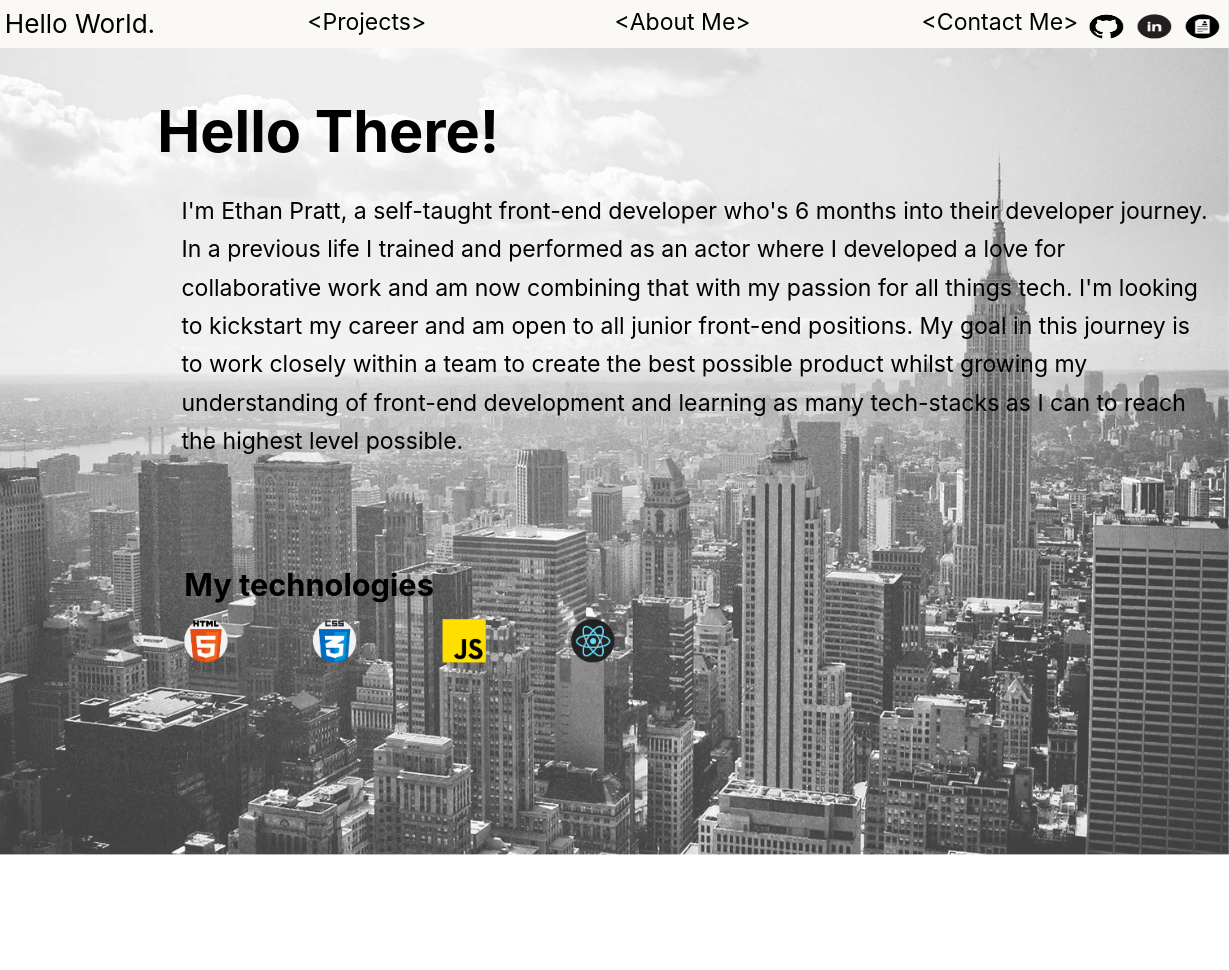
Repository: ghend99/website_ethan_pratt
Page: /about
The author's editor kept a copy of each file at every save. The page is drawn from the files as they stood at one save, then again after the next save.
The browser window is 1280 px wide. The pictures show the whole page, at 96% of full size.
The project was rebuilt for these pictures with package versions that can differ from the ones it lists, and the page was loaded fresh each time. Also part of the build but not shown: src/pages/home.js, src/pages/project.js, src/css/contact.css, src/pages/contact.js.

Above is the page before, as saved 2023-05-25 17:03:44.

### public/index.html
<!DOCTYPE html>
<html lang="en">
  <head>
    <meta charset="utf-8" />
    <link rel="icon" href="%PUBLIC_URL%/favicon.ico" />
    <meta name="viewport" content="width=device-width, initial-scale=1" />
    <meta name="theme-color" content="#000000" />
    <meta
      name="description"
      content="Web site created using create-react-app"
    />
    <link rel="apple-touch-icon" href="%PUBLIC_URL%/logo192.png" />
    <!--
      manifest.json provides metadata used when your web app is installed on a
      user's mobile device or desktop. See https://developers.google.com/web/fundamentals/web-app-manifest/
    -->
    <link rel="manifest" href="%PUBLIC_URL%/manifest.json" />
    <!--
      Notice the use of %PUBLIC_URL% in the tags above.
      It will be replaced with the URL of the `public` folder during the build.
      Only files inside the `public` folder can be referenced from the HTML.

      Unlike "/favicon.ico" or "favicon.ico", "%PUBLIC_URL%/favicon.ico" will
      work correctly both with client-side routing and a non-root public URL.
      Learn how to configure a non-root public URL by running `npm run build`.
    -->
    <title>Ethan Pratt | Junior Front-End Developer</title>
  </head>
  <body>
    <noscript>You need to enable JavaScript to run this app.</noscript>
    <div id="root"></div>
    <!--
      This HTML file is a template.
      If you open it directly in the browser, you will see an empty page.

      You can add webfonts, meta tags, or analytics to this file.
      The build step will place the bundled scripts into the <body> tag.

      To begin the development, run `npm start` or `yarn start`.
      To create a production bundle, use `npm run build` or `yarn build`.
    -->
  </body>
</html>

### src/App.js
import { BrowserRouter as Router, Routes, Route } from "react-router-dom";
import { Home } from "./pages/home";
import { About } from "./pages/about.js";
import { Project } from "./pages/project.js";
import { Contact } from "./pages/contact.js";

function App() {
  return (
    <div className="App">
      <Router>
        <Routes>
          <Route path="/" element={<Home />} />
          <Route path="/projects" element={<Project />} />
          <Route path="/about" element={<About />} />
          <Route path="/contact" element={<Contact />} />
        </Routes>
      </Router>
    </div>
  );
}

export default App;

### src/pages/about.js
import "../css/about.css";
import { Header } from "../components/header.js";
import html from "../images/html.png";
import css from "../images/css.png";
import javascript from "../images/javascript.png";
import react from "../images/react.png";

export const About = () => {
  return (
    <div className="bg">
      <Header />
      <div className="about-container">
        {/* Infomration Container */}
        <div className="info-container">
          <section className="about">
            <h1 className="about-header">Hello There!</h1>
            <p className="about-paragraph">
              I'm Ethan Pratt, a self-taught front-end developer who's 6 months
              into their developer journey. In a previous life I trained and
              performed as an actor where I developed a love for collaborative
              work and am now combining that with my passion for all things
              tech. I'm looking to kickstart my career and am open to all junior
              front-end positions. My goal in this journey is to work closely
              within a team to create the best possible product whilst growing
              my understanding of front-end development and learning as many
              tech-stacks as I can to reach the highest level possible.
            </p>
          </section>
        </div>

        {/* Technology Container */}
        <div id="technology-container">
          <h2 className="technology-header">My technologies</h2>
          <img
            className="stack-html"
            id="stack-icon"
            src={html}
            alt="html logo"
          />
          <img className="stack-css" id="stack-icon" src={css} alt="css-logo" />
          <img
            className="stack-javascript"
            id="stack-icon"
            src={javascript}
            alt="javascript-logo"
          />
          <img
            className="stack-react"
            id="stack-icon"
            src={react}
            alt="react-logo"
          />
        </div>
      </div>
    </div>
  );
};

### src/components/header.js
import React, { useState } from "react";
import { Link } from "react-router-dom";
import "../css/header.css";
import github from "../images/github.png";
import linkedin from "../images/linkedin.png";
import resume from "../images/resume.png";
import menu from "../images/menu.png";

export const Header = () => {
  return (
    <div className="header-container">
      <div>
        <Link className="header-title" to="/">
          Hello World.
        </Link>
      </div>
      <div>
        <Link id="header-nav" className="header-projects" to="/projects">
          &lt;Projects&gt;
        </Link>
      </div>
      <div>
        <Link id="header-nav" className="header-about" to="/about">
          &lt;About Me&gt;
        </Link>
      </div>
      <div>
        <Link id="header-nav" className="header-contact" to="/contact">
          &lt;Contact Me&gt;
        </Link>
      </div>

      <a href="https://github.com/ghend99" target={"_blank"}>
        <img id="header-socials" className="header-github" src={github} />
      </a>
      <a href="https://www.linkedin.com/in/ethanapratt/" target={"_blank"}>
        <img id="header-socials" className="header-linkedin" src={linkedin} />
      </a>
      <a
        href="https://acrobat.adobe.com/link/review?uri=urn:aaid:scds:US:d93e7d11-55fc-32a3-ba0c-10f2114d1d69"
        target={"_blank"}
      >
        <img id="header-socials" className="header-resume" src={resume} />
      </a>

      <div className="header-socials-list">
        <a href="https://github.com/ghend99" target={"_blank"}>
          <p className="header-socials-text">Github</p>
        </a>
        <a href="https://www.linkedin.com/in/ethanapratt/" target={"_blank"}>
          <p className="header-socials-text">LinkedIn</p>
        </a>
        <a
          href="https://acrobat.adobe.com/link/review?uri=urn:aaid:scds:US:d93e7d11-55fc-32a3-ba0c-10f2114d1d69"
          target={"_blank"}
        >
          <p className="header-socials-text">Resume</p>
        </a>
      </div>
    </div>
  );
};

### src/css/home.css
@import url("https://fonts.googleapis.com/css2?family=Bitter&display=swap");

#center-container {
  position: relative;
  max-width: 25%;
  min-width: 500px;
  height: 20%;
  border-bottom: solid;
  /* background-color: aqua; */
  margin-left: auto;
  margin-right: auto;
  top: 10%;
  text-align: center;
  padding: 70px 0;
}

.home-name {
  top: 0;
  font-size: 50px;
  font-weight: bold;
}

.home-job-title {
  font-size: 32px;
  font-family: "Bitter";
}

.home-resume,
.home-github,
.home-linkedin {
  position: absolute;
  bottom: -50px;
  text-decoration: none;
  color: black;
  font-size: 20px;
  font-weight: bold;
  height: 50px;
  padding-bottom: 10px;
}

.home-resume:hover,
.home-github:hover,
.home-linkedin:hover {
  border-bottom: solid;
}

.home-github {
  left: 0;
}

.home-linkedin {
  left: 45%;
}

.home-resume {
  right: 0;
}

@media screen and (min-width: 0) and (max-width: 708px) {
  #center-container {
    min-width: 300px;
  }

  .home-linkedin {
    left: 110px;
  }
}

@media screen and (min-width: 0) and (max-width: 322px) {
  #center-container {
    min-width: 300px;
  }
}

### src/css/about.css
.about-container {
  position: relative;
  display: grid;
  grid-template-columns: 1fr;
  grid-template-rows: 1fr 1fr;
  max-width: 100%;
  min-width: 300px;
  height: fit-content;
  /* background-color: lightyellow; */
}

.info-container {
  position: relative;
  max-width: 100%;
  min-width: fit-content;
  max-height: 100%;
  min-height: 420px;
  top: 50px;
  margin-right: 20px;
  /* background-color: lightgreen; */
}

.about-header {
  position: absolute;
  /* display: inline-block; */
  left: 13%;
  margin: 0;
  font-size: 60px;
}

.about-paragraph {
  position: absolute;
  top: 100px;
  left: 15%;
  max-width: 100%;
  min-width: 500px;
  margin: 0;
  font-size: 24px;
  line-height: 40px;
}

#technology-container {
  position: relative;
  /* top: 30px; */
  max-width: 70%;
  min-width: 40%;
  max-height: 100%;
  min-height: 150px;
  left: 15%;
  margin: 0;
  /* background-color: lightblue; */
}

.technology-header {
  position: absolute;
  margin: 0;
  font-size: clamp(2rem, 1vw, 4rem);
}

#stack-icon {
  position: absolute;
  top: 55px;
  width: 5%;
}

.stack-html {
  left: 0;
}

.stack-css {
  left: 15%;
}

.stack-javascript {
  left: 30%;
}

.stack-react {
  left: 45%;
}

@media screen and (min-width: 0) and (max-width: 1740px) {
  #technology-container {
    top: 20px;
  }
}

@media screen and (min-width: 0) and (max-width: 1730px) {
  #technology-container {
    top: 50px;
  }
}

@media screen and (min-width: 0) and (max-width: 1570px) {
  #technology-container {
    top: 80px;
  }
}

@media screen and (min-width: 0) and (max-width: 1370px) {
  #technology-container {
    top: 120px;
  }
}
@media screen and (min-width: 0) and (max-width: 1230px) {
  #technology-container {
    top: 180px;
  }
}

@media screen and (min-width: 0) and (max-width: 1150px) {
  #technology-container {
    top: 220px;
  }
}

@media screen and (min-width: 0) and (max-width: 1050px) {
  #technology-container {
    top: 260px;
  }
}

@media screen and (min-width: 0) and (max-width: 708px) {
  .about-header {
    position: absolute;
    font-size: 24px;
    top: 20px;
    left: 30px;
  }

  .about-paragraph {
    font-size: 14px;
    line-height: 25px;
    left: 30px;
    min-width: 100px;
    top: 60px;
  }

  #technology-container {
    top: 30px;
    left: 30px;
  }

  .technology-header {
    font-size: 24px;
  }

  #stack-icon {
    width: 10%;
  }
}

@media screen and (min-width: 0) and (max-width: 320px) {
  .about-header {
    left: 10px;
  }

  .about-paragraph {
    left: 10px;
  }
}

### src/css/header.css
@import url("https://fonts.googleapis.com/css2?family=Bitter&display=swap");

.header-socials-text {
  color: black;
  text-decoration: none;
  border-bottom: none;
}

.header-container {
  position: relative;
  display: grid;
  grid-template-columns: 1fr 1fr 1fr 1fr;
  grid-template-rows: 1fr;
  flex-direction: row;
  max-width: 100%;
  min-width: 390px;
  max-height: 200px;
  min-height: 50px;
  background-color: #faf9f6;
  /* padding-top: 20px; */
}

.header-title {
  position: absolute;
  left: 5px;
  margin: 0;
  margin-right: clamp(20px, 50px, 30px);
  font-size: clamp(1rem, 4vw, 1.7rem);
  top: 8px;
  text-decoration: none;
  color: black;
}

#header-nav {
  position: absolute;
  display: flex;
  font-size: clamp(1rem, 4vw, 1.5rem);
  margin: 0;
  /* margin-right: clamp(20px, 50px, 30px); */
  top: 8px;
}

.header-projects {
  /* left: clamp(30%, 46.5%, 60%); */
  text-decoration: none;
  color: black;
}

.header-about {
  margin: 0;
  /* margin-left: 50px;
  margin-right: 100px;
  left: clamp(5px, 24%, 55%); */
  text-decoration: none;
  color: black;
}

.header-contact {
  /* left: clamp(20%, 65%, 70%); */
  text-decoration: none;
  color: black;
}

#header-socials {
  max-width: 11%;
  min-width: 35px;
  max-height: 50%;
  min-height: 10px;
  top: 15px;
  cursor: pointer;
}

#header-nav:hover {
  border-bottom: solid;
}

.header-github {
  position: absolute;
  right: clamp(10px, 12%, 110px);
}

.header-linkedin {
  position: absolute;
  right: clamp(5px, 10%, 60px);
}

.header-resume {
  position: absolute;
  right: clamp(10px, 10%, 10px);
}

.bg {
  position: relative;
  max-width: 100%;
  min-width: 350px;
  /* max-height: 700px; */
  min-height: 1300px;
  background-size: cover;
  background-repeat: no-repeat;
  background-position: center center;
}

.bg::before {
  content: "";
  background-image: url(../images/background-image.jpg);
  background-size: cover;
  position: absolute;
  top: 0px;
  right: 0px;
  bottom: 0px;
  left: 0px;
  opacity: 0.75;
}

.header-socials-list {
  position: absolute;
  right: 10px;
  top: 50px;
  font-size: 12px;
  font-weight: bold;
  font-family: "Bitter";
  color: black;
  opacity: 0;
  transition: all 0.2s;
}

@media screen and (min-width: 0) and (max-width: 1442px) {
  .bg {
    min-height: 709px;
  }
}

@media screen and (min-width: 0) and (max-width: 1028px) {
  #header-socials {
    display: none;
  }

  .header-socials-list {
    display: none;
  }
}

@media screen and (min-width: 0) and (max-width: 612px) {
  #header-nav {
    top: 13px;
    font-size: 22px;
  }

  .header-socials-menu {
    top: 15px;
    right: 10px;
    width: 20px;
    height: 20px;
  }
}

@media screen and (min-width: 0) and (max-width: 554px) {
  #header-nav {
    font-size: 20px;
  }

  .header-title {
    top: 15px;
    font-size: 16px;
  }
}

@media screen and (min-width: 0) and (max-width: 427px) {
  .header-container {
    min-width: 150px;
  }

  #header-nav {
    font-size: 16px;
    top: 16px;
  }

  .bg {
    min-width: 200px;
  }
}

@media screen and (min-width: 0) and (max-width: 380px) {
  #header-nav {
    font-size: 14px;
    column-gap: 50px;
  }
}

@media screen and (min-width: 0) and (max-width: 322px) {
  .header-title {
    font-size: 14px;
    margin-right: 60px;
  }

  #header-nav {
    min-width: 100px;
    font-size: 12px;
  }

  .header-about {
    left: 85px;
  }

  .header-projects {
    left: 160px;
  }

  .header-contact {
    position: absolute;
    left: 220px;
  }

  .bg {
    min-height: 709px;
  }
}

### src/css/project.css
@import url("https://fonts.googleapis.com/css2?family=Bitter&display=swap");

#projects-container {
  position: absolute;
  display: grid;
  grid-template-columns: 1fr 1fr 1fr 1fr;
  grid-template-rows: 3fr;
  max-width: 80%;
  min-width: 70%;
  max-height: 400vh;
  min-height: 150px;
  /* background-color: blue; */
  /* opacity: 0.7; */
  left: 10%;
  top: 10%;
}

#single-project {
  position: relative;
  max-width: 100%;
  max-height: 600px;
  min-height: 100%;
  border: solid;
  text-align: center;
  background-color: #faf9f6;
}

.project-name {
  font-family: "Bitter";
  font-size: clamp(18px, 24px, 30px);
}

#project-image {
  position: relative;
  max-width: 80%;
  max-height: 75%;
  min-height: 20%;
  top: -10px;
  margin-left: auto;
  margin-right: auto;
}

.image {
  width: 70%;
}

#project-stacks-used {
  margin: 0;
  top: 300px;
}

.project-footer {
  position: absolute;
  display: grid;
  grid-template-columns: 1fr 1fr 1fr;
  text-align: center;
  width: 100%;
  height: 6%;
  bottom: 10px;
}

.source-link,
.source-demo,
.project-info {
  position: absolute;
  text-decoration: none;
  color: black;
  font-size: clamp(0.8rem, 0.5vw, 0.8rem);
  font-weight: bold;
  height: 20px;
  cursor: pointer;
}

.source-link {
  left: 5px;
}

.source-demo {
  right: 5px;
}

#project-information {
  font-size: 14px;
}

.source-link:hover,
.source-demo:hover,
.project-info:hover {
  border-bottom: solid;
}

@media screen and (min-width: 0) and (max-width: 1028px) {
  /* #project-container {
    grid-template-columns: 1fr 1fr 1fr;
  } */

  /* #single-project {
    height: 50%;
  } */

  .project-footer {
    grid-template-rows: 0.5fr;
    bottom: 0;
  }

  .source-link,
  .source-demo,
  .project-info {
    font-size: 10px;
    font-weight: bold;
  }

  .source-link {
    margin: 0;
  }

  .source-demo {
    margin: 0;
    right: 7px;
  }

  .project-info {
    margin: 0;
    top: -4px;
  }
}

@media screen and (min-width: 0) and (max-width: 708px) {
  #projects-container {
    grid-template-columns: 1fr 1fr;
    grid-template-rows: 1fr 1fr;
  }

  .project-footer {
    bottom: 0;
  }

  .source-link,
  .source-demo,
  .project-info {
    font-size: 8px;
  }

  #single-project {
    min-height: 410px;
  }

  #project-information {
    font-size: 12px;
  }
}

Loaded but not shown: src/index.js (common file); src/index.css (common file)

After the next save:
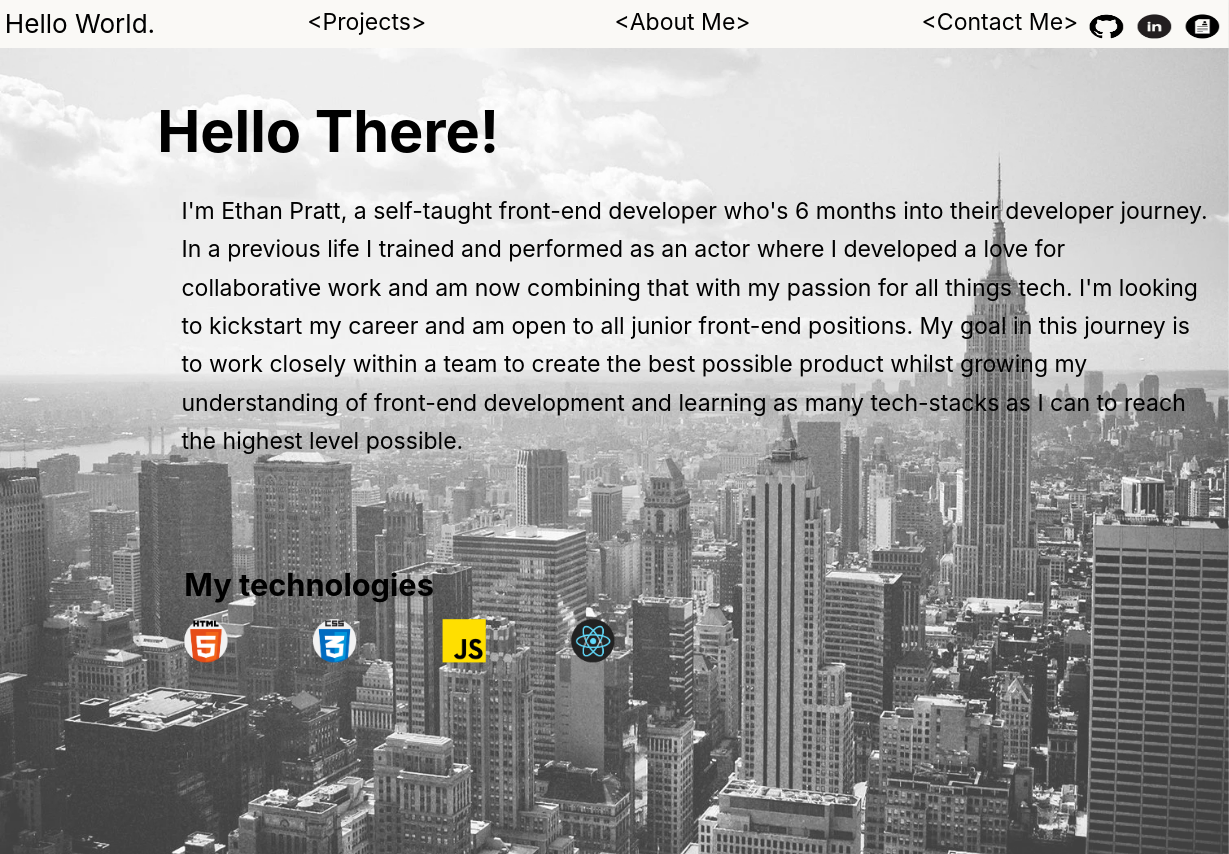
Saved 23 s later.
--- a/src/css/about.css
+++ b/src/css/about.css
@@ -5,7 +5,8 @@
   grid-template-rows: 1fr 1fr;
   max-width: 100%;
   min-width: 300px;
-  height: fit-content;
+  max-height: 100%;
+  min-height: 550px;
   /* background-color: lightyellow; */
 }
 
@@ -44,8 +45,7 @@
   /* top: 30px; */
   max-width: 70%;
   min-width: 40%;
-  max-height: 100%;
-  min-height: 150px;
+  height: fit-content;
   left: 15%;
   margin: 0;
   /* background-color: lightblue; */
